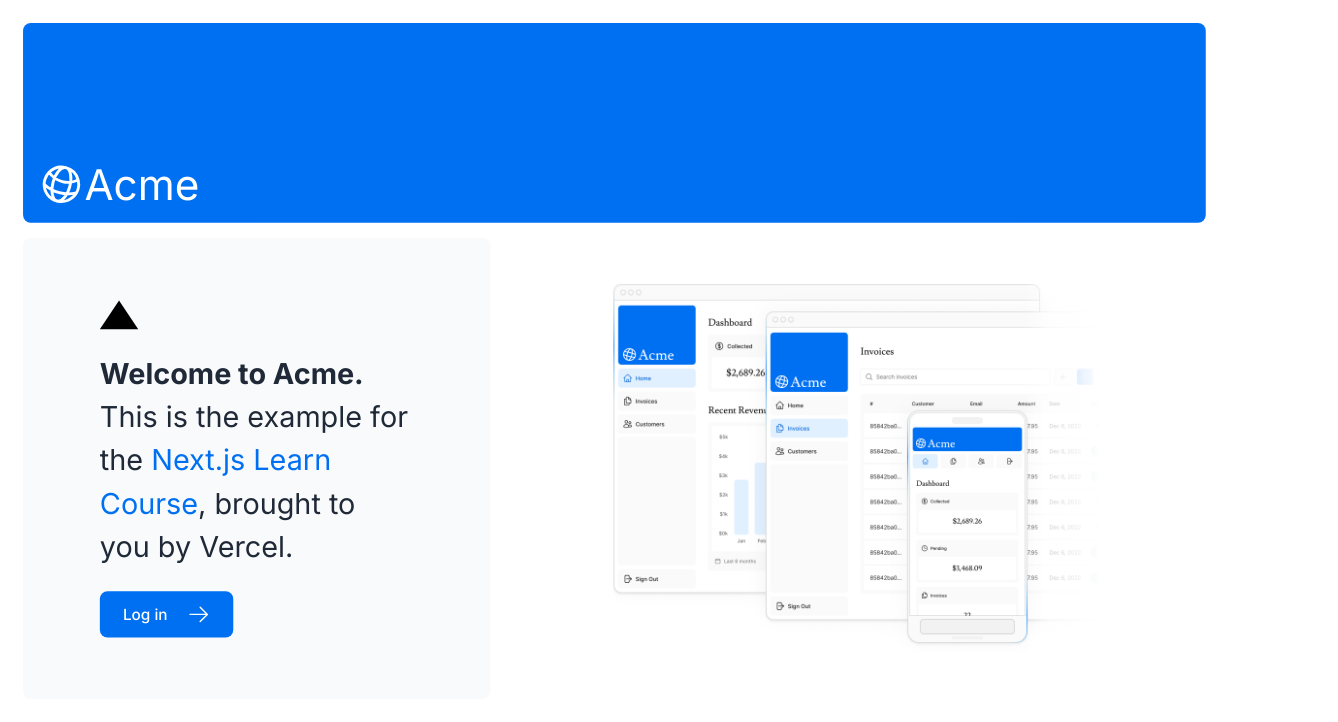
Repository: ankit-Kumar-4/nextjs-dashboard
Page: /
These files come from the project's save history. The page is drawn as it stood at one moment and after the next save; the edit follows.
The browser window is 1280 px wide. The page is 1280 px wide, then 1394 px, then 1280 px, so the pictures cover 1394 px, including what lies to the right of the window. The pictures show the whole page, at 96% of full size.
The project was rebuilt for these pictures with package versions that can differ from the ones it lists, and the page was loaded fresh each time. The framework's server and built-in components were replaced by stand-ins that run in the browser. Also part of the build but not shown: next.config.mjs.

Above is the page before, as saved 2024-06-27 22:00:50.

After the next save:
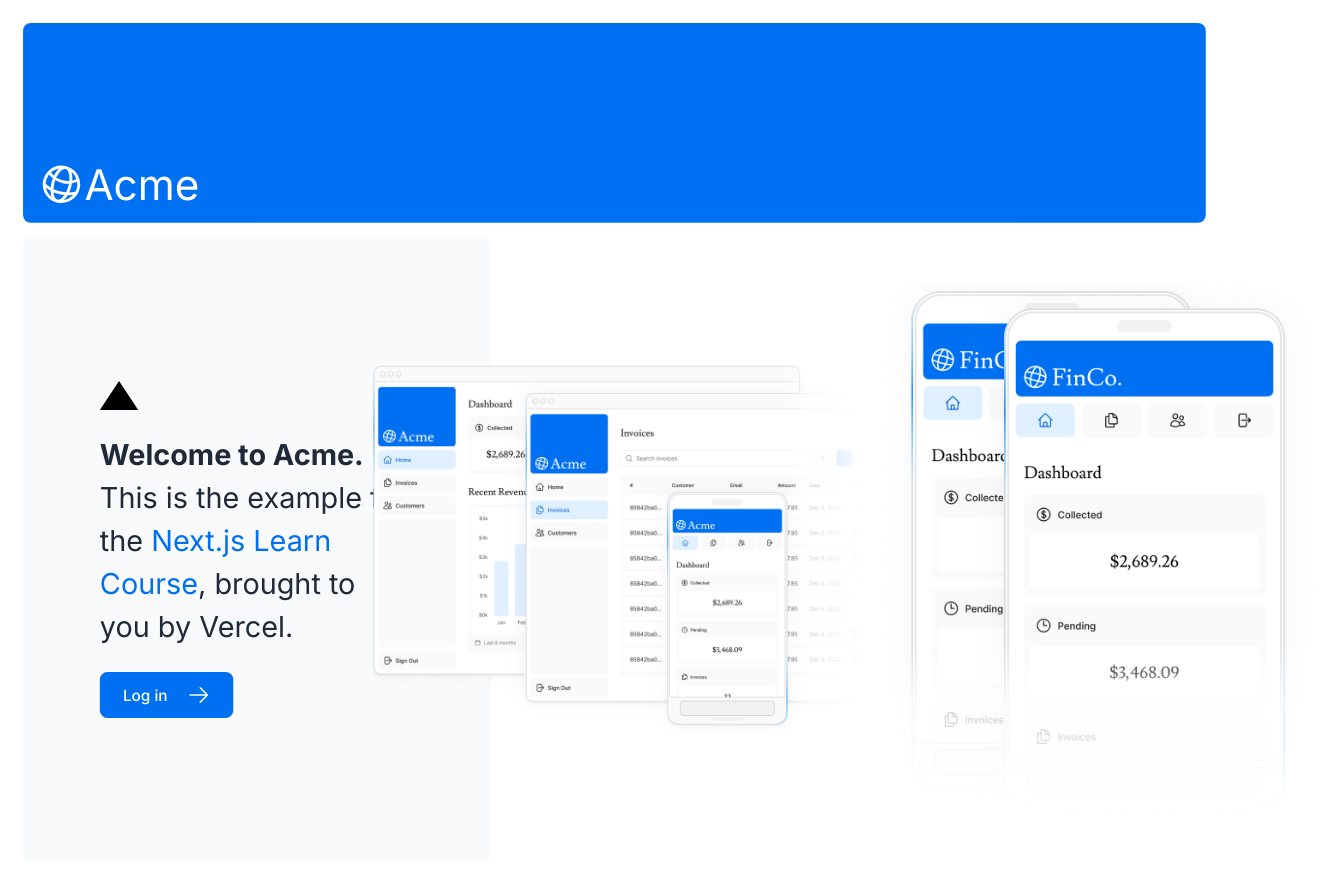
Saved 6 min 17 s later.
--- a/app/page.tsx
+++ b/app/page.tsx
@@ -40,6 +40,12 @@
             className="hidden md:block"
             alt="Screenshots of the dashboard project showing desktop version"
           />
+          <Image
+            src="/hero-mobile.png"
+            width={500}
+            height={620}
+            alt="Screenshots of the dashboard project showing desktop version"
+          />
         </div>
       </div>
     </main>

After the 2 saves that followed:
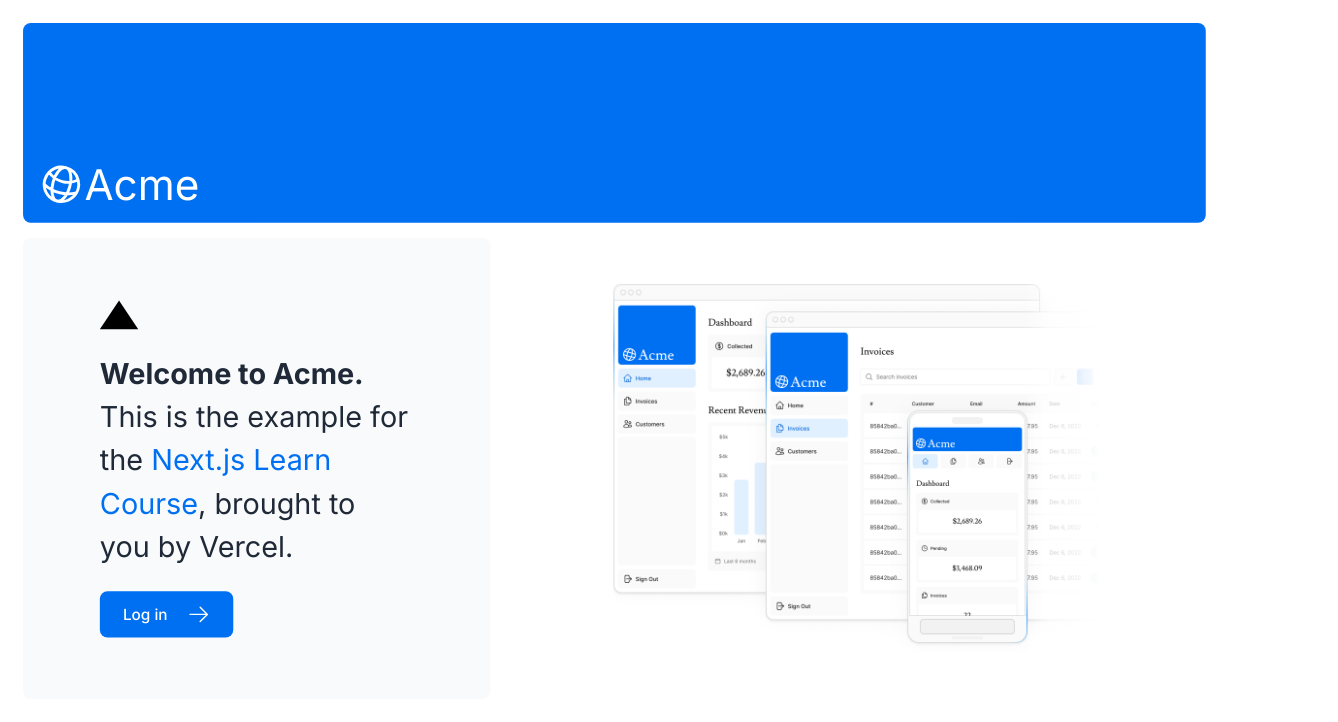
The 2 saves are shown as one change because 1 left the picture as it was.
The last was saved 73 s later.
--- a/app/page.tsx
+++ b/app/page.tsx
@@ -44,6 +44,7 @@
             src="/hero-mobile.png"
             width={500}
             height={620}
+            className="block md:hidden"
             alt="Screenshots of the dashboard project showing desktop version"
           />
         </div>
